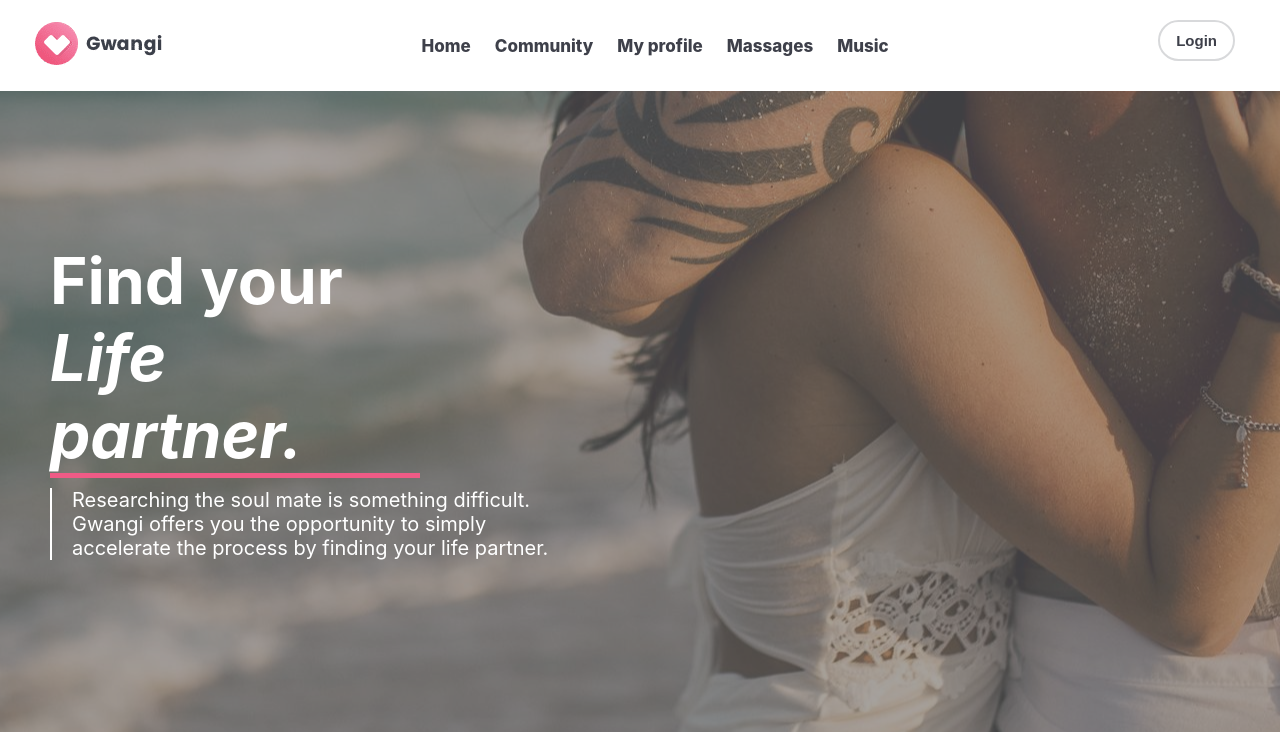
Repository: ShokunLiubov/Soc-Network-React
Page: /login
These files come from the project's save history. The page is drawn as it stood at one moment and after the next save; the edit follows.
The browser window is 1280 px wide. The pictures show the whole page.
The project was rebuilt for these pictures with package versions that can differ from the ones it lists, and the page was loaded fresh each time. Also part of the build but not shown: src/components/common/Paginator/Paginator.module.css, src/components/common/Paginator/Paginator.jsx, src/components/Community/Community.module.css, src/components/Community/Friend/Friend.jsx, src/components/Community/Community.jsx, src/components/common/Preloader/Preloader.jsx, src/components/Community/CommunityContainer.jsx, src/components/Dialogs/Dialogs.module.css and 14 more.

Above is the page before, as saved 2022-08-24 17:47:35.

After the next save:
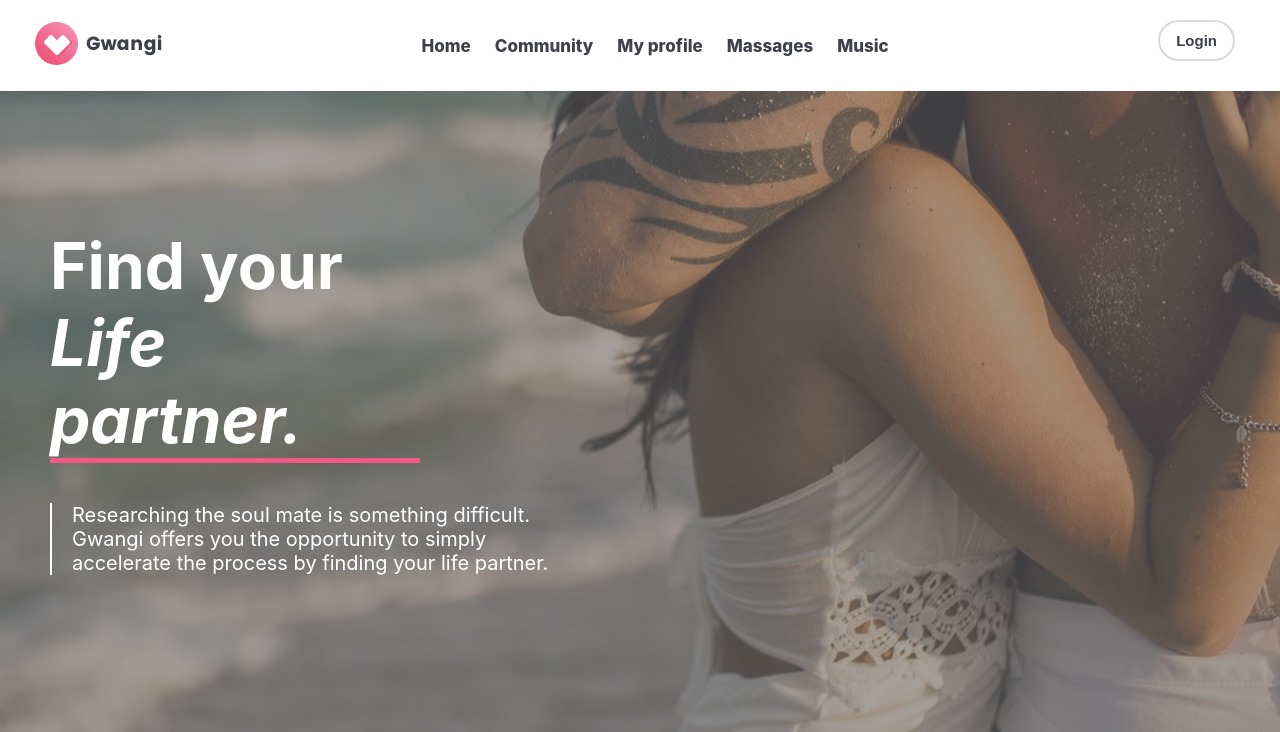
Saved 12 s later.
--- a/src/components/Auth/Registration/Registration.module.css
+++ b/src/components/Auth/Registration/Registration.module.css
@@ -33,7 +33,7 @@
 }
 
 .excerption {
-    margin-top: 10px;
+    margin-top: 40px;
     color: #ffffff;
     font-size: 20px;
     max-width: 40%;
